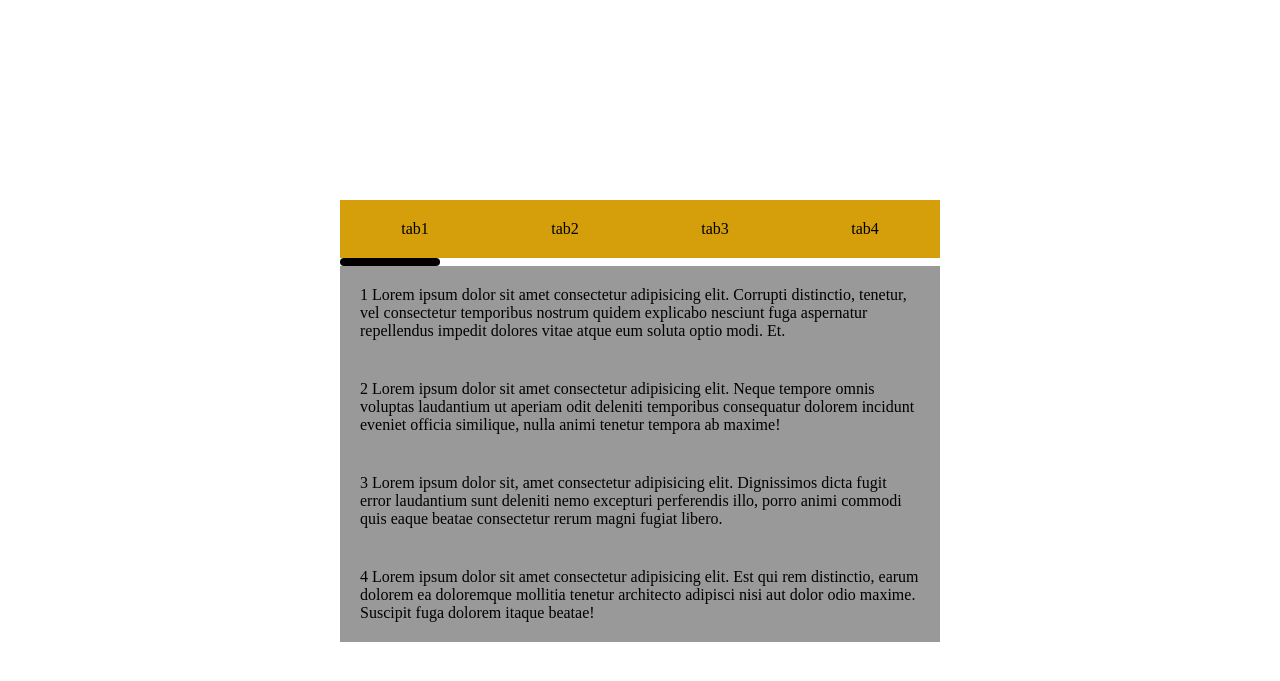
Repository: PCTai/javascript-coban
Page: tab UI/index.html
An editor plug-in stored every save of this project. The page is shown before and after the next save, followed by the edit.
The browser window is 1280 px wide. The pictures show the whole page.

Above is the page before, as saved 2022-02-09 17:00:41.

### tab UI/index.html
<!DOCTYPE html>
<html lang="en">
<head>
    <meta charset="UTF-8">
    <meta http-equiv="X-UA-Compatible" content="IE=edge">
    <meta name="viewport" content="width=device-width, initial-scale=1.0">
    <title>Document</title>
    <link rel="stylesheet" href="./style.css">
</head>
<body>
    <div class="container">
        <div class="tab">
            <div class="tab-item">tab1</div>
            <div class="tab-item">tab2</div>
            <div class="tab-item">tab3</div>
            <div class="tab-item">tab4</div>

        </div>
        <div class="tab-line"></div>
        <div class="box">
            <div class="box-item">1 Lorem ipsum dolor sit amet consectetur adipisicing elit. Corrupti distinctio, tenetur, vel consectetur temporibus nostrum quidem explicabo nesciunt fuga aspernatur repellendus impedit dolores vitae atque eum soluta optio modi. Et.</div>
            <div class="box-item">2 Lorem ipsum dolor sit amet consectetur adipisicing elit. Neque tempore omnis voluptas laudantium ut aperiam odit deleniti temporibus consequatur dolorem incidunt eveniet officia similique, nulla animi tenetur tempora ab maxime!</div>
            <div class="box-item">3 Lorem ipsum dolor sit, amet consectetur adipisicing elit. Dignissimos dicta fugit error laudantium sunt deleniti nemo excepturi perferendis illo, porro animi commodi quis eaque beatae consectetur rerum magni fugiat libero.</div>
            <div class="box-item">4 Lorem ipsum dolor sit amet consectetur adipisicing elit. Est qui rem distinctio, earum dolorem ea doloremque mollitia tenetur architecto adipisci nisi aut dolor odio maxime. Suscipit fuga dolorem itaque beatae!</div>
        </div>

    </div>


    <script src="./app.js"></script>
</body>
</html>

### tab UI/style.css
*{
    margin: 0;
    border: 0;
    padding: 0;
}
.container{
    width: 600px;
    margin: auto;
    background-color:#fff;
    margin-top: 200px;

}
.tab{
    display: flex;
}
.tab-item{
    flex: 1;
    text-align: center;
    padding: 20px 0;
    background-color: rgb(213, 159, 11);

}
.tab-line{
    width: 100px;
    height: 8px;
    left: 0;
    background-color: #000;
    transition: linear 0.3s;
    border-radius: 5px;
}

.box{
    background-color: #999;
}

.box-item{
    padding: 20px 20px;
}

Loaded but not shown: tab UI/app.js (no stored copy; drawn as an empty file)

After the next save:
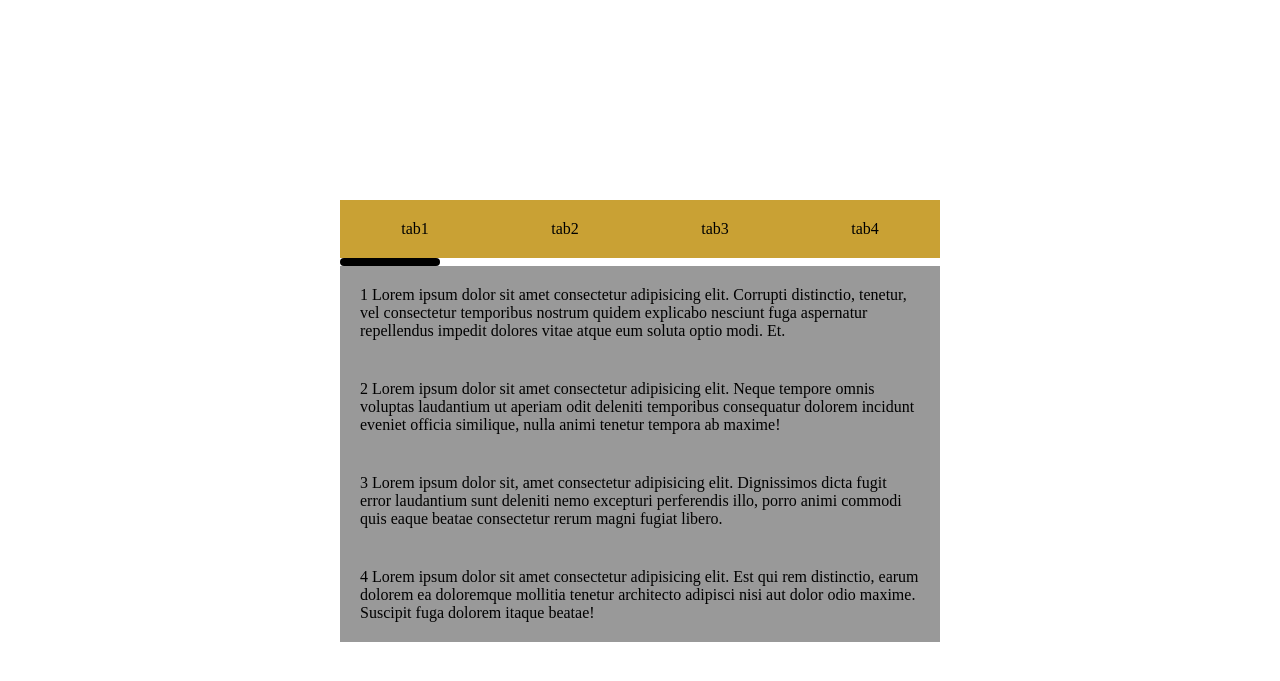
Saved 8 s later.
--- a/tab UI/style.css
+++ b/tab UI/style.css
@@ -17,7 +17,7 @@
     flex: 1;
     text-align: center;
     padding: 20px 0;
-    background-color: rgb(213, 159, 11);
+    background-color: rgb(201, 161, 52);
 
 }
 .tab-line{
